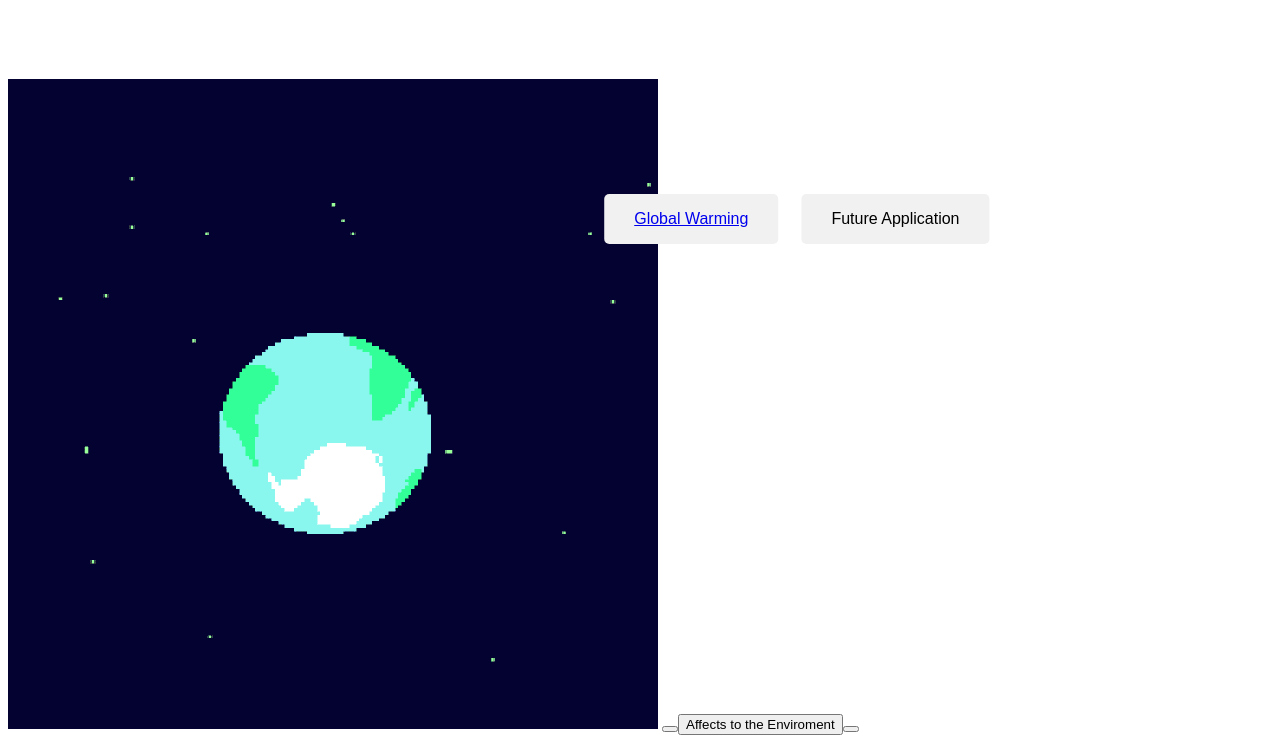
Repository: Alejandra-Pelayo/Alejandra-Pelayo.github.io
Page: 2.1.4/Example.html
The author's editor kept a record of every edit. The page is drawn from the files as they stood at one moment, then again after the next edit.
The browser window is 1280 px wide. The pictures show the whole page.

Above is the page before.

After the next edit:
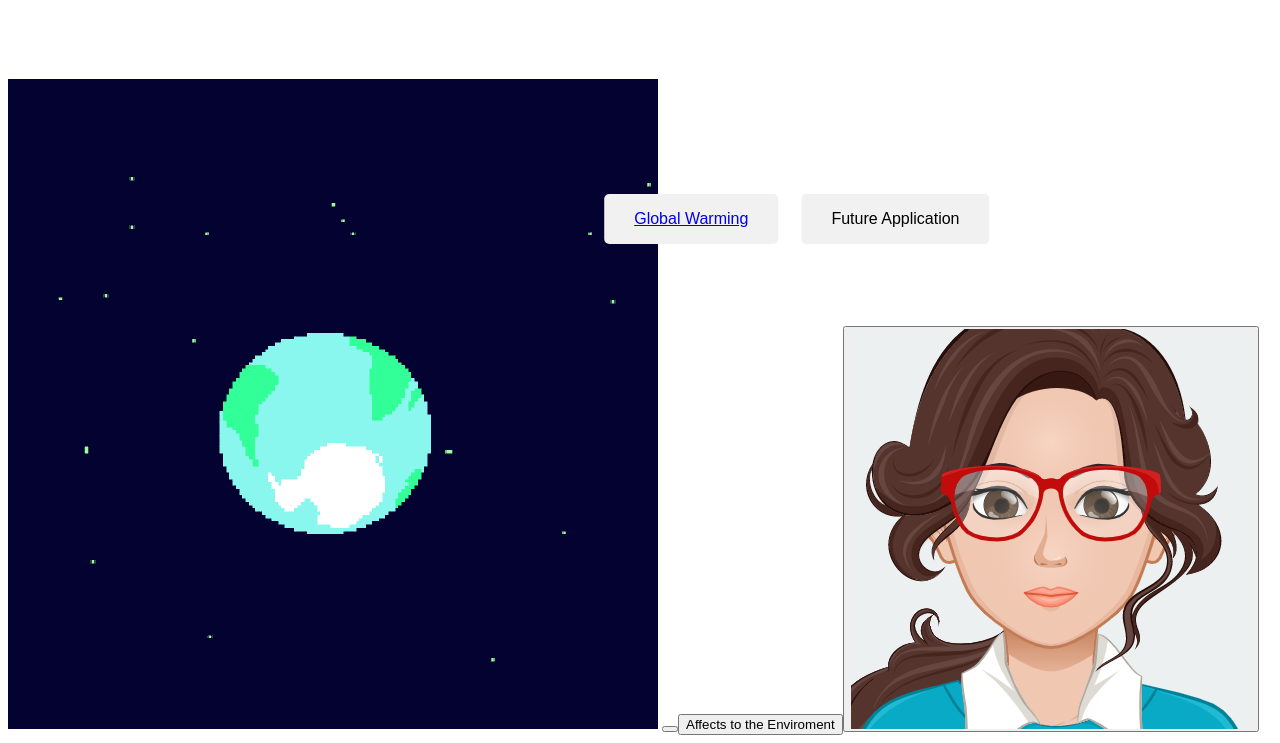
The edit:
--- a/2.1.4/Example.html
+++ b/2.1.4/Example.html
@@ -16,6 +16,8 @@
     <a href = "animals.html">
       <button class ="btn3"> Affects to the Enviroment <Button/button>
 
+<button4>
+  <img src="myAvatar.png" alt="Avatar" class="btn4">
 
 <link href="index.css" rel="stylesheet" type="text/css">
 <avatar src="myAvatar.png" alt="Avatar" class="avatar">
